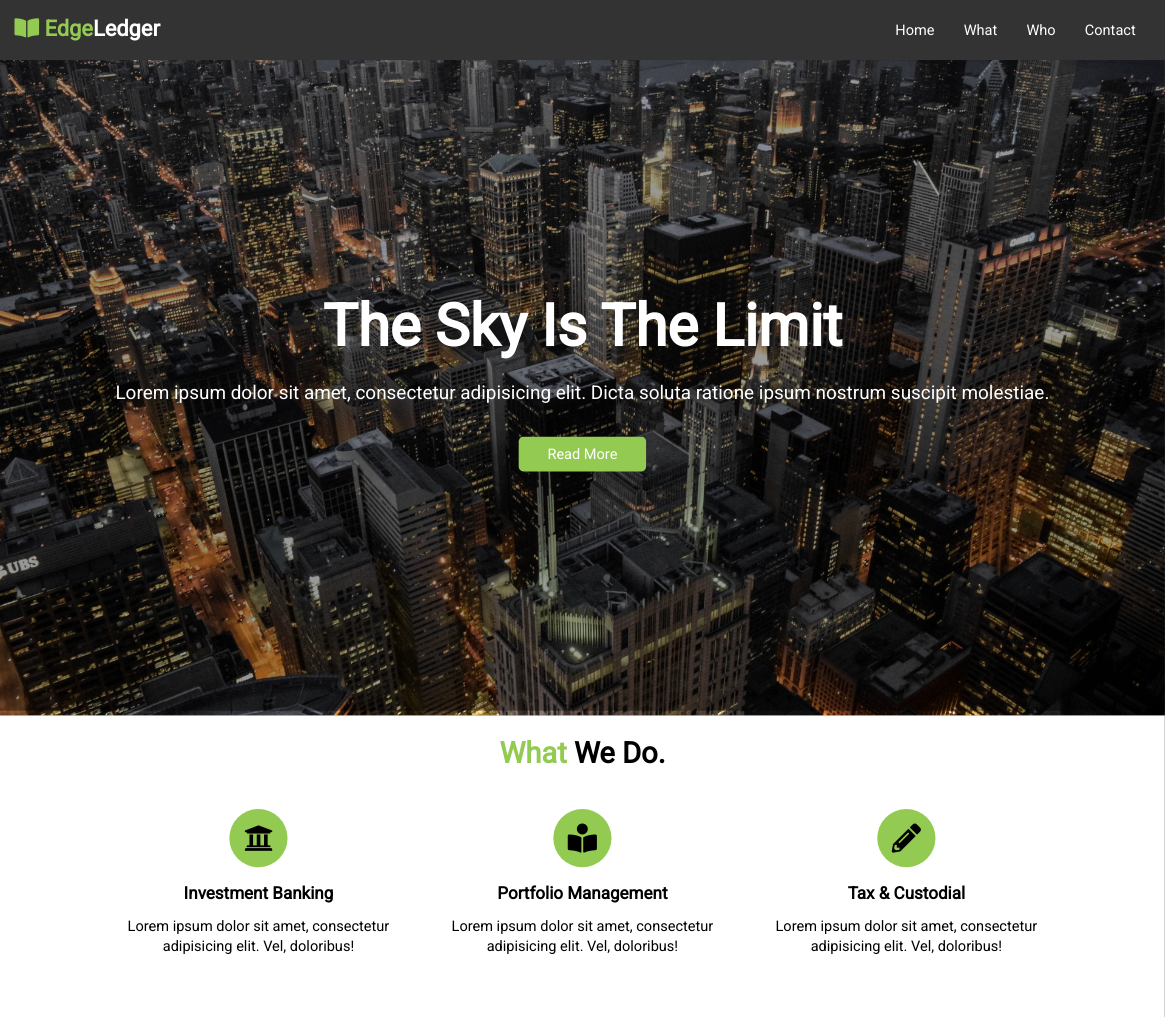
Repository: dimlutine/EdgeLedger
Page: index.html
An editor plug-in stored every save of this project. The page is shown before and after the next save, followed by the edit.
The browser window is 1280 px wide. The pictures show the whole page, at 91% of full size.
Some web libraries are served in a nearby version.

Above is the page before, as saved 2019-07-06 19:19:58.

### index.html
<!DOCTYPE html>
<html lang="en">

<head>
    <meta charset="UTF-8">
    <meta name="viewport" content="width=device-width, initial-scale=1.0">
    <meta http-equiv="X-UA-Compatible" content="ie=edge">
    <link rel="stylesheet" href="https://use.fontawesome.com/releases/v5.6.3/css/all.css" integrity="sha384-UHRtZLI+pbxtHCWp1t77Bi1L4ZtiqrqD80Kn4Z8NTSRyMA2Fd33n5dQ8lWUE00s/" crossorigin="anonymous">
    <link rel="stylesheet" media="screen and (max-width: 768px)" href="css/mobile.css">
    <link rel="stylesheet" media="screeb abd (min-width: 1100px)" href="css/widescreen.css">
    <link rel="stylesheet" href="css/style.css">
    <title>EdgeLedger Financial | Accounting & Investment</title>
</head>

<body id="home">
    <!-- Navbar -->
    <nav id="navbar">
        <h1 class="logo">
            <span class="text-primary"><i class="fas fa-book-open"></i> Edge</span>Ledger
        </h1>
        <ul>
            <li><a href="#home">Home</a></li>
            <li><a href="#what">What</a></li>
            <li><a href="#who">Who</a></li>
            <li><a href="#contacts">Contact</a></li>
        </ul>
    </nav>
    <!-- Header: Showcase -->
    <header id="showcase">
        <div class="showcase-content">
            <h1 class="l-heading">
                The Sky Is The Limit
            </h1>
            <p class="lead">Lorem ipsum dolor sit amet, consectetur adipisicing elit. Dicta soluta ratione ipsum nostrum suscipit molestiae.</p>
            <a href="#what" class="btn">Read More</a>
        </div>
    </header>
    <!-- Section: What We Do -->
    <section id="what" class="bg-light py-1">
        <div class="container">
            <h2 class="m-heading text-center">
                <span class="text-primary">What</span> We Do.
            </h2>
            <div class="items">
                <div class="item">
                    <i class="fas fa-university fa-2x"></i>
                    <div>
                        <h3>Investment Banking</h3>
                        <p>Lorem ipsum dolor sit amet, consectetur adipisicing elit. Vel, doloribus!</p>

                    </div>
                </div>
                <div class="item">
                    <i class="fas fa-book-reader fa-2x"></i>
                    <div>
                        <h3>Portfolio Management</h3>
                        <p>Lorem ipsum dolor sit amet, consectetur adipisicing elit. Vel, doloribus!</p>

                    </div>
                </div>
                <div class="item">
                    <i class="fas fa-pencil-alt fa-2x"></i>
                    <div>
                        <h3>Tax & Custodial</h3>
                        <p>Lorem ipsum dolor sit amet, consectetur adipisicing elit. Vel, doloribus!</p>

                    </div>
                </div>
            </div>
        </div>
    </section>
</body>

</html>

### css/style.css
@import url('https://fonts.googleapis.com/css?family=Roboto&display=swap');
* {
    margin: 0;
    padding: 0;
}

body {
    font-family: 'Roboto', sans-serif;
    line-height: 1.4;
}

a {
    text-decoration: none;
}

p {
    margin: .75rem 0;
}


/* Utility Classes */

.text-center {
    text-align: center;
}

.container {
    max-width: 1100px;
    margin: auto;
    padding: 0 2rem;
    overflow: hidden;
}

.text-primary {
    color: #93cb52;
}

.l-heading {
    font-size: 4rem;
    margin-bottom: 0.75rem;
    line-height: 1.1;
}

.m-heading {
    font-size: 2rem;
    margin-bottom: .75rem;
    line-height: 1.1;
}

.lead {
    font-size: 1.3rem;
    margin-bottom: 2rem;
}

.py-1 {
    padding: 1.5rem 0;
}

.py-2 {
    padding: 2rem 0;
}

.py-3 {
    padding: 3rem 0;
}

.btn {
    display: inline-block;
    color: #fff;
    background: #93cb52;
    padding: 0.5rem 2rem;
    border: none;
    border-radius: 5px;
}

.btn:hover {
    background: #7ab436;
}

.btn-dark {
    background: #333;
    color: #fff;
}


/* Navbar */

#navbar {
    display: flex;
    position: sticky;
    top: 0;
    background: #333;
    color: #fff;
    justify-content: space-between;
    z-index: 1;
    padding: 1rem;
}

#navbar ul {
    display: flex;
    align-items: center;
    list-style: none;
}

#navbar ul li a {
    color: #fff;
    padding: 0.75rem;
    margin: 0 0.25rem;
}

#navbar ul li a:hover {
    background: #93cb52;
    border-radius: 5px;
}


/* Showcase */

#showcase {
    background: #333 url(../img/showcase.jpg) no-repeat center center/cover;
    height: 100vh;
    color: #fff;
}

#showcase .showcase-content {
    height: 100%;
    display: flex;
    flex-direction: column;
    justify-content: center;
    text-align: center;
    align-items: center;
    padding: 0 2rem;
    /* Overlay */
    position: absolute;
    top: 61px;
    left: 0;
    right: 0;
    bottom: 0;
    background-color: rgba(0, 0, 0, .4);
}


/* Section: What We Do */

#what .items {
    display: flex;
    padding: 1rem;
}

#what .item {
    flex: 1;
    text-align: center;
    padding: 1rem;
}

#what .items .item i {
    background: #93cb52;
    padding: 1rem;
    border-radius: 50%;
    margin-bottom: 1rem;
}

Loaded but not shown: css/mobile.css (no stored copy; drawn as an empty file); css/widescreen.css (no stored copy; drawn as an empty file)

After the next save:
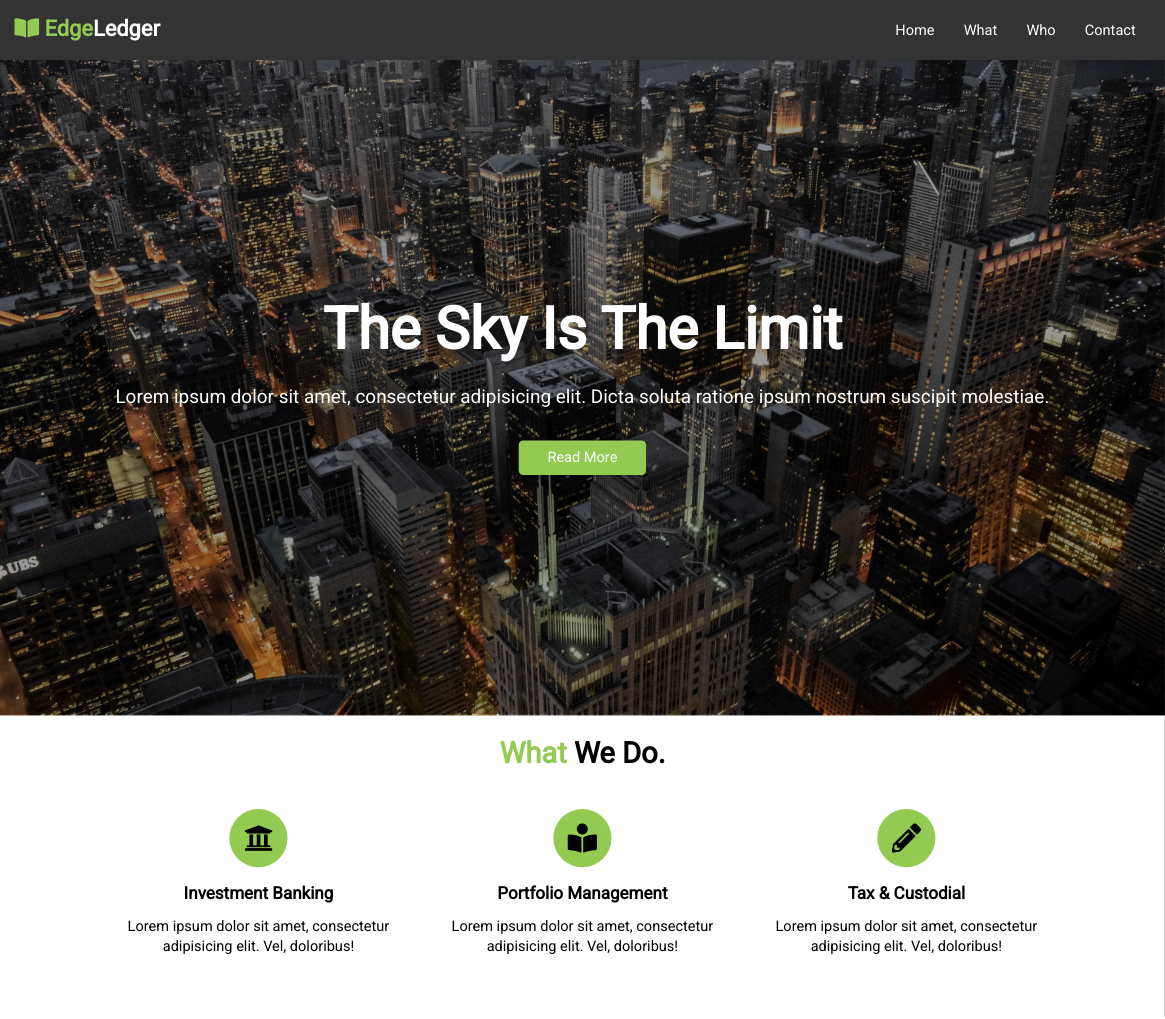
Saved 8 s later.
--- a/css/style.css
+++ b/css/style.css
@@ -132,7 +132,7 @@
     padding: 0 2rem;
     /* Overlay */
     position: absolute;
-    top: 61px;
+    top: 65px;
     left: 0;
     right: 0;
     bottom: 0;
